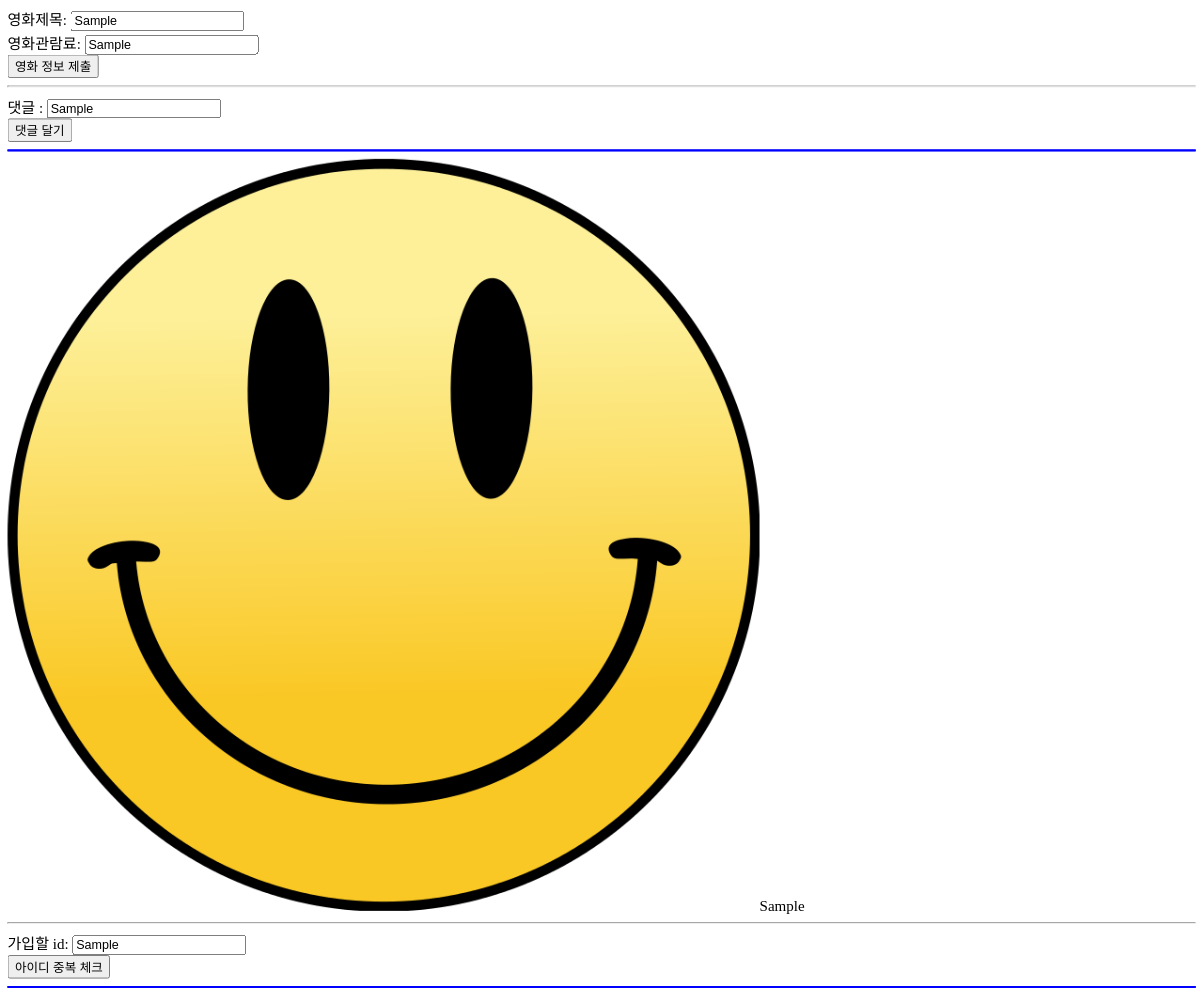
Repository: syshin0116/Himedia
Page: http://localhost/spring05/ajax4.jsp
These files come from the project's save history. The page is drawn as it stood at one moment and after the next save; the edit follows.
The browser window is 1280 px wide. The pictures show the whole page, at 94% of full size.
Empty fields were first filled with sample values (such as "Sample", 5 or name@example.com).
After loading, the first visible `#b2` was clicked once.
The page is served by Tomcat 9.

Above is the page before, as saved 2022-02-18 05:24:39.

After the next save:
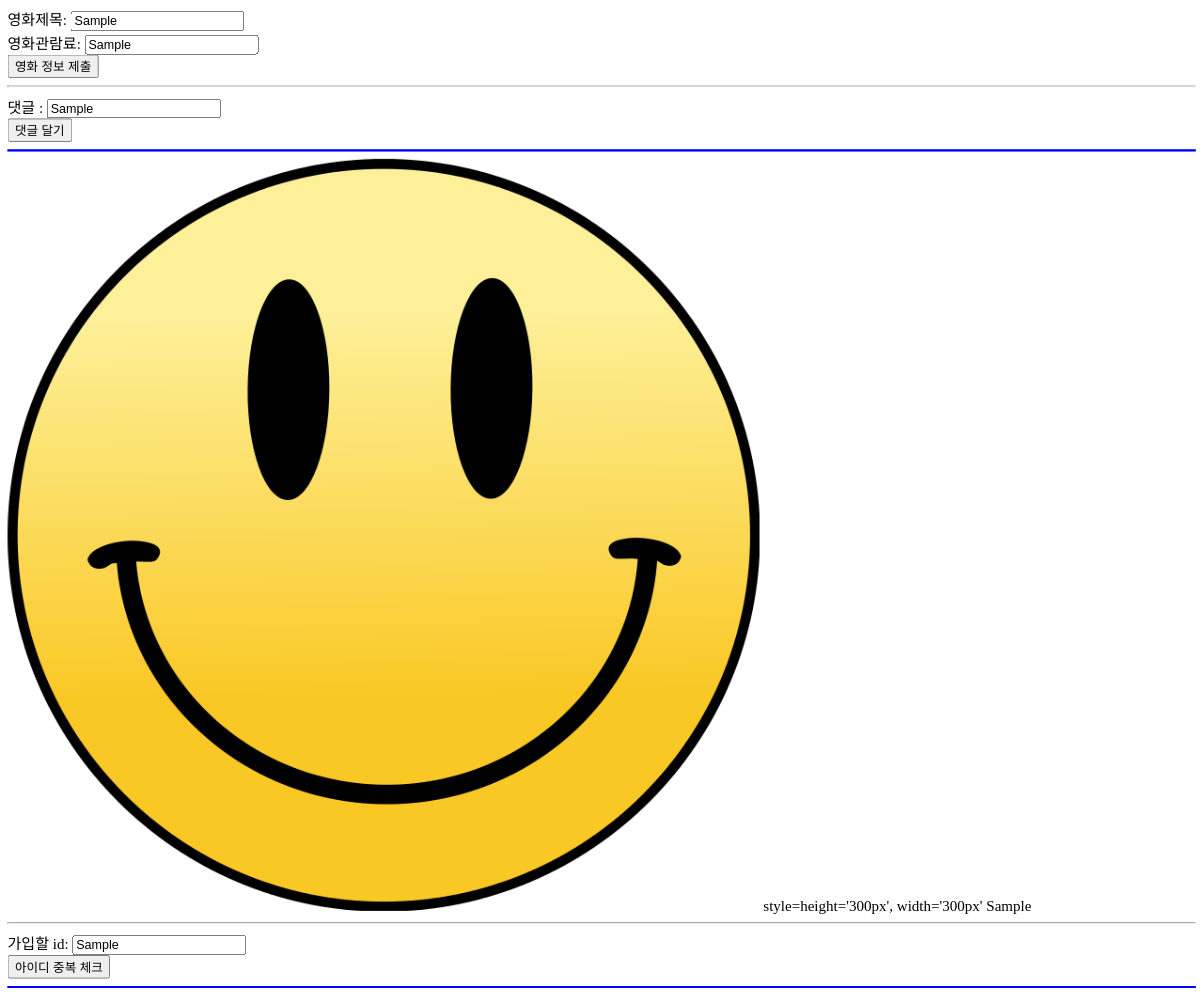
Saved 60 s later.
--- a/Java/-0218-master/spring05/src/main/webapp/ajax4.jsp
+++ b/Java/-0218-master/spring05/src/main/webapp/ajax4.jsp
@@ -39,7 +39,7 @@ $(function() { //dom(document object model) tree)
 			},
 			success: function(result) {
 				alert(result)
-				$('#d1').append("<img style='height=300px', 'width=300px' src='resources/img/smiley.png'>")
+				$('#d1').append("<img src='resources/img/smiley.png'> style=height='300px', width='300px' ")
 				$('#d1').append(result + "<br>")
 			},
 			error: function() {
